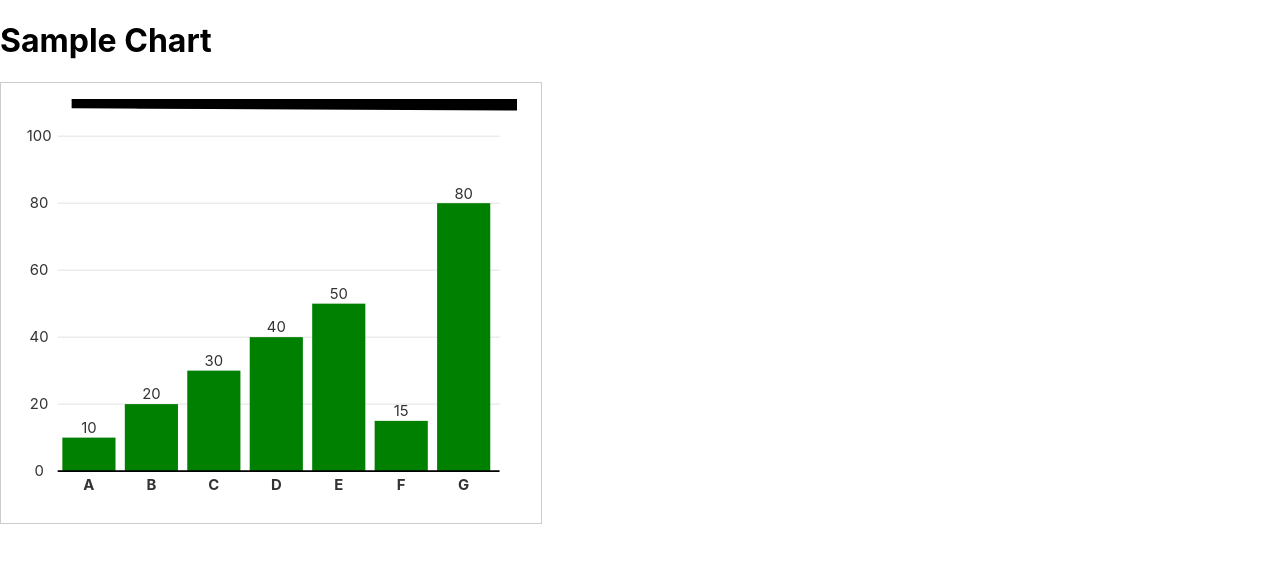
Repository: CaptainJang316/GChart
Page: /
An editor plug-in stored every save of this project. The page is shown before and after the next save, followed by the edit.
The browser window is 1280 px wide. The pictures show the whole page.
The project was rebuilt for these pictures with package versions that can differ from the ones it lists, and the page was loaded fresh each time. Also part of the build but not shown: src/App.css.

Above is the page before, as saved 2024-11-09 17:18:06.

After the next save:
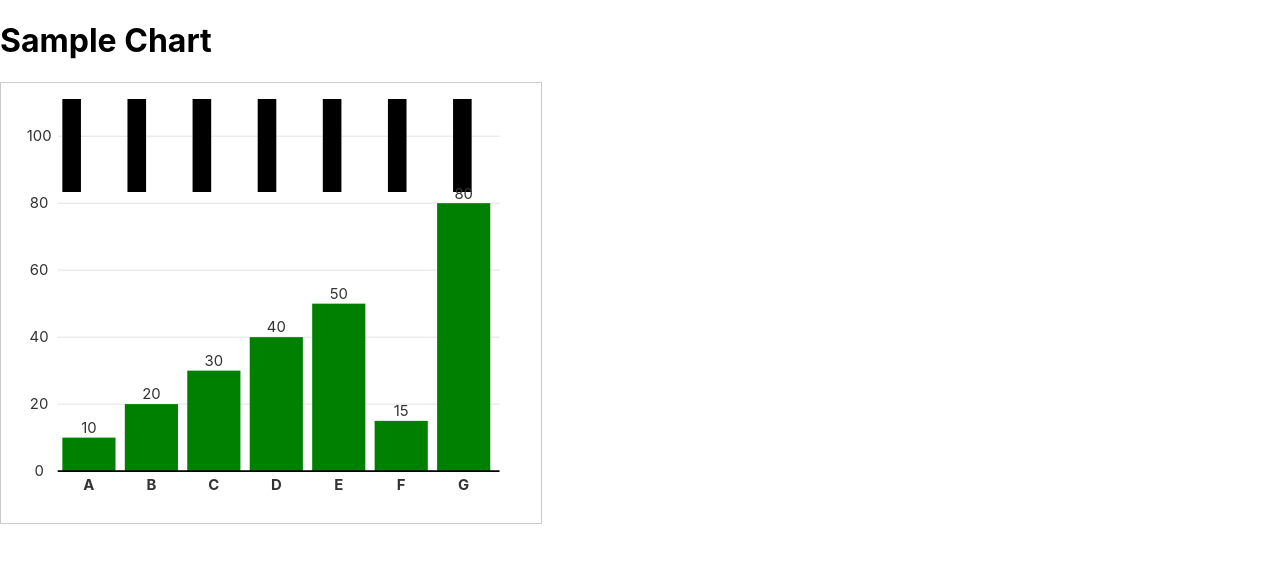
Saved 5 s later.
--- a/src/components/Grid/useGrid.ts
+++ b/src/components/Grid/useGrid.ts
@@ -21,7 +21,7 @@ export const useGrid = ({data, scales, width, height, horizontalLineCnt}: GridPr
                     id: `x-${tick}`,
             x1: scales.xScale(tick),
             y1: 0,
-            x2: scales.xScale(tick) * width,
+            x2: scales.xScale(tick),
             y2: height,
                 }
             )
